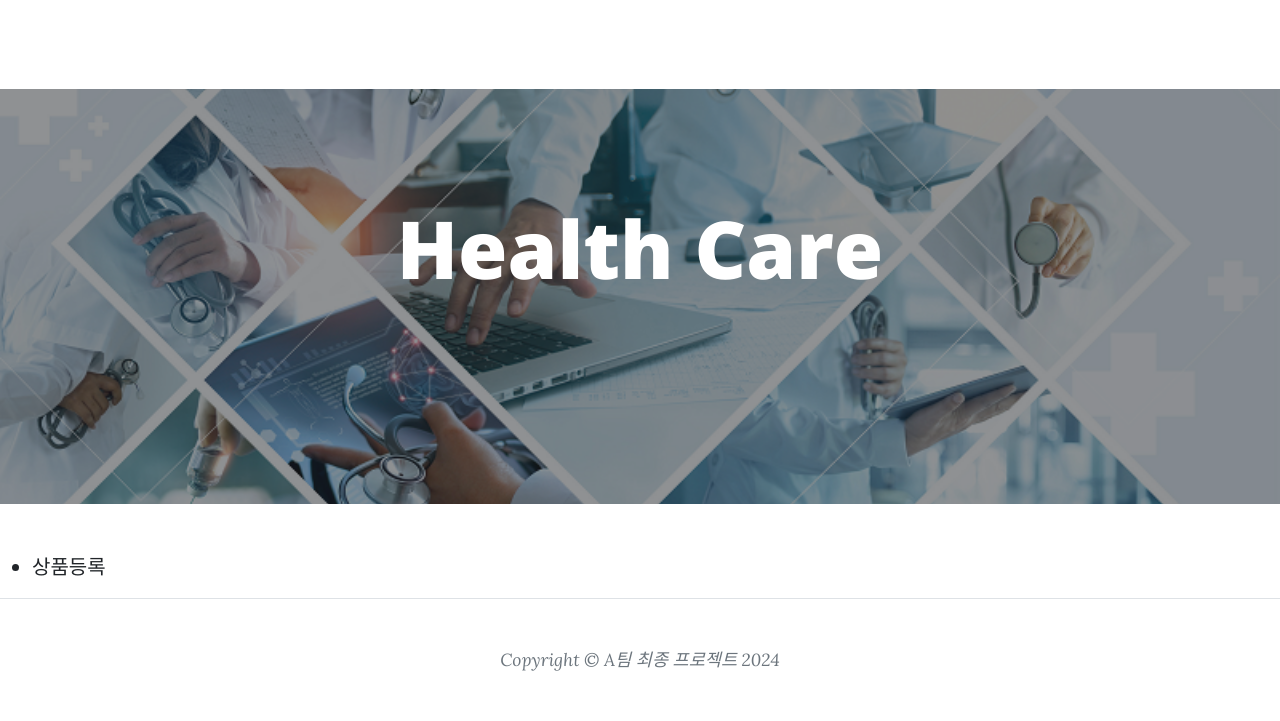
Repository: honsb91/project
Page: http://localhost/hospital/board/patient.jsp
The author's editor kept a copy of each file at every save. The page is drawn from the files as they stood at one save, then again after the next save.
The browser window is 1280 px wide. The pictures show the whole page.
Some web libraries are served in a nearby version. The page is served by Tomcat 9. Nobody is signed in. The application's start-up code is not run. Other server files are loaded and not shown. The template is opened directly, without the code that normally fills it, so the values that code supplies are empty.

Above is the page before, as saved 2024-02-01 03:37:13.

### hospital/src/main/webapp/board/patient.jsp
<%@ page language="java" contentType="text/html; charset=UTF-8"
    pageEncoding="UTF-8"%>
<!DOCTYPE html>
<html>
<head>
<meta charset="UTF-8">
<title>Insert title here</title>
</head>
<%@ include file="/include/header.jsp"%>
<body>
	<div class="admin_wrap">
		<ul>
			<li>
				<a class="admin_list_01">상품등록</a>
			</li>
		</ul>
	</div>
</body>
<%@ include file="/include/footer.jsp"%>
</html>

### hospital/src/main/webapp/include/header.jsp
<%@ page language="java" contentType="text/html; charset=UTF-8"
	pageEncoding="UTF-8"%>
<%@ taglib prefix="c" uri="http://java.sun.com/jsp/jstl/core"%>
<meta charset="UTF-8">
<title>Insert title here</title>
<head>
<meta charset="utf-8" />
<meta name="viewport" content="width=device-width, initial-scale=1, shrink-to-fit=no" />
<meta name="description" content="" />
<meta name="author" content="" />
<link rel="icon" type="image/x-icon" href="/resources/assets/favicon.ico" />
<!-- Font Awesome icons (free version)-->
<script src="https://use.fontawesome.com/releases/v6.3.0/js/all.js" crossorigin="anonymous"></script>
<!-- Google fonts-->
<link href="https://fonts.googleapis.com/css?family=Lora:400,700,400italic,700italic" rel="stylesheet" type="text/css" />
<link href="https://fonts.googleapis.com/css?family=Open+Sans:300italic,400italic,600italic,700italic,800italic,400,300,600,700,800"
	rel="stylesheet" type="text/css" />
<!-- Core theme CSS (includes Bootstrap)-->
<link href="/resources/css/styles.css" rel="stylesheet" />
</head>
<body>
	<!-- Navigation-->
	<nav class="navbar navbar-expand-lg navbar-light" id="mainNav">
		<div class="container px-4 px-lg-5">
			<a class="navbar-brand" href="/main">Health Care</a>
			<button class="navbar-toggler" type="button"
				data-bs-toggle="collapse" data-bs-target="#navbarResponsive"
				aria-controls="navbarResponsive" aria-expanded="false"
				aria-label="Toggle navigation">
				Menu <i class="fas fa-bars"></i>
			</button>
			<div class="collapse navbar-collapse" id="navbarResponsive">
				<ul class="navbar-nav ms-auto py-4 py-lg-0 ">
    				<li class="nav-item"><a class="nav-link px-lg-3 py-3 py-lg-4" href="/main">Home</a></li>
    				<!-- 관리자로 로그인시 faq 와 공지사항은 안보이게 처리-->
    				<c:if test="${empty admin}">
    					<li class="nav-item"><a class="nav-link px-lg-3 py-3 py-lg-4" href="/faq">FAQ</a></li>
    					<li class="nav-item"><a class="nav-link px-lg-3 py-3 py-lg-4" href="/notice">공지사항</a></li>
    				</c:if>

    				<c:if test="${empty patient and empty admin}">
        			<!-- 로그인 안 된 경우 -->
        				<li class="nav-item"><a class="nav-link px-lg-3 py-3 py-lg-4" href="/member/login.jsp">로그인</a></li>
        				<li class="nav-item"><a class="nav-link px-lg-3 py-3 py-lg-4" href="/admin/login.jsp">관리자 로그인</a></li>
        				<li class="nav-item"><a class="nav-link px-lg-3 py-3 py-lg-4" href="/member/join.jsp">회원가입</a></li>
    				</c:if>

    				<c:if test="${not empty patient}">
        			<!-- 일반 회원으로 로그인된 경우 -->
        				<li class="nav-item"><a class="nav-link px-lg-3 py-3 py-lg-4" href="/member/logout">로그아웃</a></li>
    				</c:if>

    				<c:if test="${not empty admin}">
        			<!-- 관리자로 로그인된 경우 -->
        				<li class="nav-item"><a class="nav-link px-lg-3 py-3 py-lg-4" href="/admin/dashboard.jsp">환자정보 관리</a></li>
        				<li class="nav-item"><a class="nav-link px-lg-3 py-3 py-lg-4" href="/admin/dashboard.jsp">FAQ 관리</a></li>
        				<li class="nav-item"><a class="nav-link px-lg-3 py-3 py-lg-4" href="/admin/dashboard.jsp">공지사항 관리</a></li>
        				<li class="nav-item"><a class="nav-link px-lg-3 py-3 py-lg-4" href="/admin/logout">로그아웃</a></li>
    				</c:if>
				</ul>
			</div>
		</div>
	</nav>
	<!-- Page Header-->
	<header class="masthead" style="background-image: url('/resources/assets/img/test4.png')">
		<div class="container position-relative px-4 px-lg-5">
			<div class="row gx-4 gx-lg-5 justify-content-center">
				<div class="col-md-10 col-lg-8 col-xl-7">
					<div class="site-heading">
						<h1>Health Care</h1>
					</div>
				</div>
			</div>
		</div>
	</header>

### hospital/src/main/webapp/include/footer.jsp
<%@ page language="java" contentType="text/html; charset=UTF-8"
    pageEncoding="UTF-8"%>
<!DOCTYPE html>
<html>
<head>
<meta charset="UTF-8">
<title>Insert title here</title>
</head>
<body>
<footer class="border-top">
		<div class="container px-4 px-lg-5">
			<div class="row gx-4 gx-lg-5 justify-content-center">
				<div class="col-md-10 col-lg-8 col-xl-7">
					<div class="small text-center text-muted fst-italic">Copyright
						&copy; A팀 최종 프로젝트 2024</div>
				</div>
			</div>
		</div>
	</footer>
	<!-- Bootstrap core JS-->
	<script
		src="https://cdn.jsdelivr.net/npm/bootstrap@5.2.3/dist/js/bootstrap.bundle.min.js"></script>
	<!-- Core theme JS-->
	<script src="js/scripts.js"></script>
</body>
</html>

### hospital/src/main/webapp/resources/js/scripts.js
/*!
* Start Bootstrap - Clean Blog v6.0.9 (https://startbootstrap.com/theme/clean-blog)
* Copyright 2013-2023 Start Bootstrap
* Licensed under MIT (https://github.com/StartBootstrap/startbootstrap-clean-blog/blob/master/LICENSE)
*/
window.addEventListener('DOMContentLoaded', () => {
    let scrollPos = 0;
    const mainNav = document.getElementById('mainNav');
    const headerHeight = mainNav.clientHeight;
    window.addEventListener('scroll', function() {
        const currentTop = document.body.getBoundingClientRect().top * -1;
        if ( currentTop < scrollPos) {
            // Scrolling Up
            if (currentTop > 0 && mainNav.classList.contains('is-fixed')) {
                mainNav.classList.add('is-visible');
            } else {
                console.log(123);
                mainNav.classList.remove('is-visible', 'is-fixed');
            }
        } else {
            // Scrolling Down
            mainNav.classList.remove(['is-visible']);
            if (currentTop > headerHeight && !mainNav.classList.contains('is-fixed')) {
                mainNav.classList.add('is-fixed');
            }
        }
        scrollPos = currentTop;
    });
})

Loaded but not shown: hospital/src/main/webapp/resources/css/styles.css (library)

After the next save:
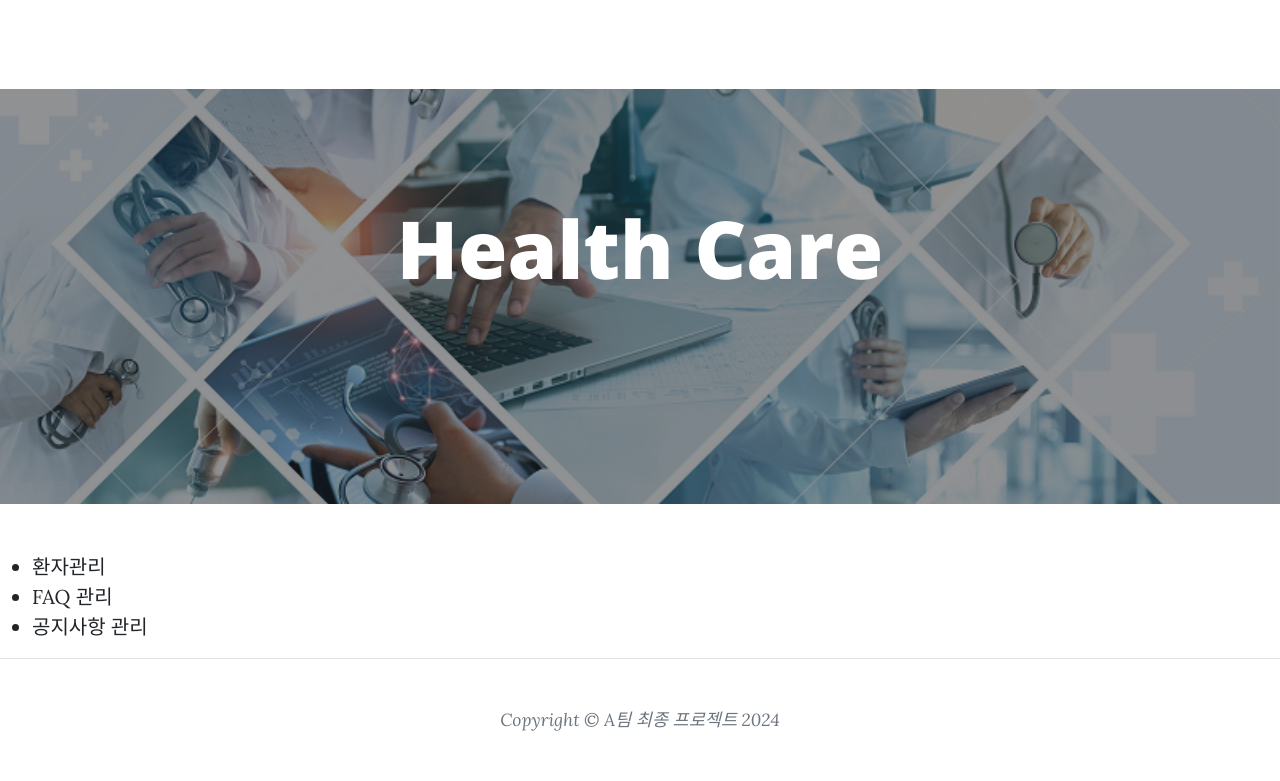
Saved 107 s later.
--- a/hospital/src/main/webapp/board/patient.jsp
+++ b/hospital/src/main/webapp/board/patient.jsp
@@ -11,7 +11,13 @@
 	<div class="admin_wrap">
 		<ul>
 			<li>
-				<a class="admin_list_01">상품등록</a>
+				<a class="admin_patient">환자관리</a>
+			</li>
+			<li>
+				<a class="admin_faq">FAQ 관리</a>
+			</li>
+			<li>
+				<a class="admin_notice">공지사항 관리</a>
 			</li>
 		</ul>
 	</div>
